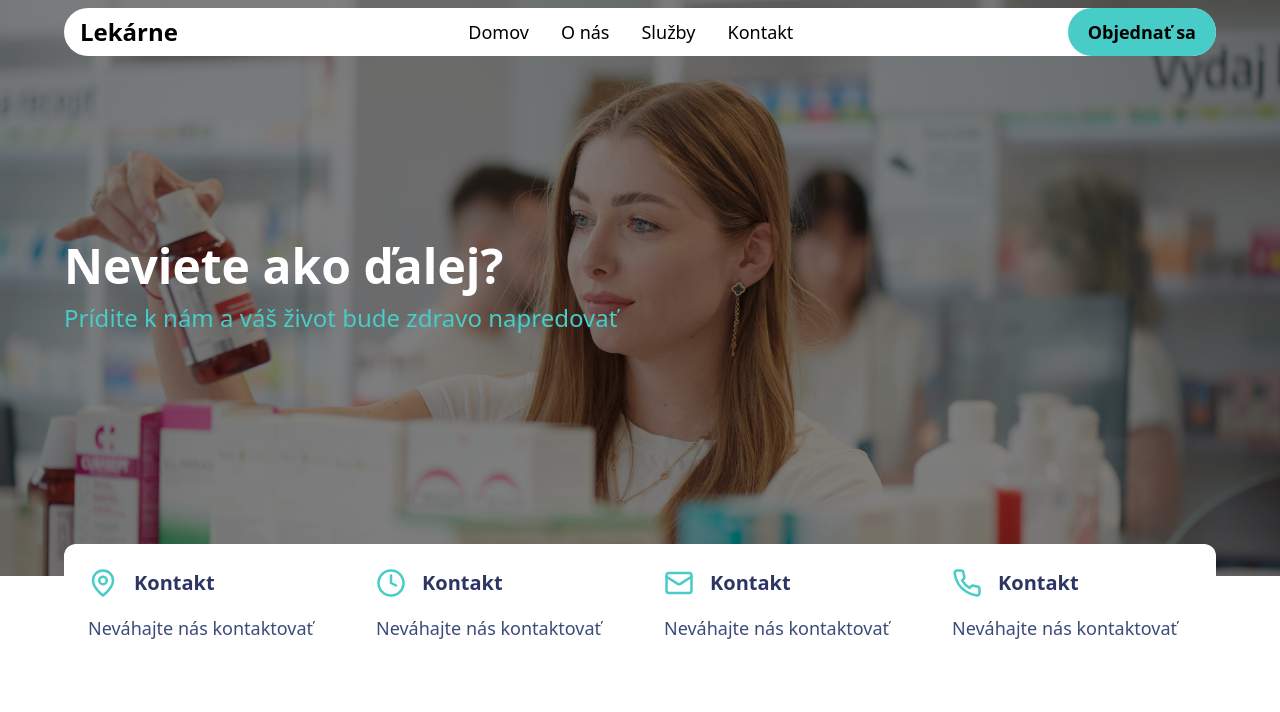
Repository: SimonSkoda13/Lekaren
Page: /
The author's editor kept a copy of each file at every save. The page is drawn from the files as they stood at one save, then again after the next save.
The browser window is 1280 px wide. The pictures show the whole page.
The project was rebuilt for these pictures with package versions that can differ from the ones it lists, and the page was loaded fresh each time. The framework's server and built-in components were replaced by stand-ins that run in the browser. Also part of the build but not shown: next.config.js.

Above is the page before, as saved 2023-04-22 18:04:49.

### src/app/layout.tsx
import { Header } from "./components/Header/Header";
import "./globals.css";
import { Poppins } from "next/font/google";

export const metadata = {
  title: "Create Next App",
  description: "Generated by create next app",
};

export default function RootLayout({
  children,
}: {
  children: React.ReactNode;
}) {
  return (
    <html lang="en">
      <body className="bg-white min-h-[100vh]">
        <Header />
        <main>{children}</main>
        <footer></footer>
      </body>
    </html>
  );
}

### src/app/page.tsx
import Image from "next/image";
import { Inter } from "next/font/google";
import { HomeHero } from "./components/HomeHero/HomeHero";
import { Contact } from "./components/Contact/Contact";
import { Phone, MapPin, Clock4, Mail } from "lucide-react";

const inter = Inter({ subsets: ["latin"] });

// page with

export default function Home() {
  return (
    <>
      <HomeHero
        title={"Neviete ako ďalej?"}
        image={"/homeBanner.jpg"}
        description={"Prídite k nám a váš život bude zdravo napredovať"}
      />
      <Contact
        items={[
          {
            title: "Kontakt",
            description: "Neváhajte nás kontaktovať",
            icon: <MapPin size={30} className="stroke-primary" />,
          },
          {
            title: "Kontakt",
            description: "Neváhajte nás kontaktovať",
            icon: <Clock4 size={30} className="stroke-primary" />,
          },
          {
            title: "Kontakt",
            description: "Neváhajte nás kontaktovať",
            icon: <Mail size={30} className="stroke-primary" />,
          },
          {
            title: "Kontakt",
            description: "Neváhajte nás kontaktovať",
            icon: <Phone size={30} className="stroke-primary" />,
          },
        ]}
      />
    </>
  );
}

### src/app/components/Header/Header.tsx
import Link from "next/link";
import React from "react";

export interface HeaderProps {}

export const Header = (props: HeaderProps) => {
  const {} = props;
  return (
    <header className="cntn fixed w-full top-2 z-10">
      <div className="flex bg-white rounded-full">
        <h1 className="py-2 px-4 text-2xl font-bold">Lekárne</h1>
        <div className="py-2 px-4 flex gap-8 items-center mx-auto text-lg font-medium">
          <Link href="/">Domov</Link>
          <Link href="/onas">O nás</Link>
          <Link href="/sluzby">Služby</Link>
          <Link href="/kontakt">Kontakt</Link>
        </div>
        {/* button order self */}
        <div className="flex justify-center items-center px-5 p-0 bg-primary rounded-full text-lg font-bold">
          <Link href="/order">Objednať sa</Link>
        </div>
      </div>
    </header>
  );
};

### src/app/globals.css
@tailwind base;
@tailwind components;
@tailwind utilities;

@layer components {
  .cntn {
    @apply mx-auto px-4  max-w-screen-xl md:px-16;
  }
}

### src/app/components/HomeHero/HomeHero.tsx
import Image from "next/image";
import React from "react";
import { ImageGradient } from "./ImageGradient/ImageGradient";

export interface HomeHeroProps {
  title: string;
  image: string;
  description: string;
}

export const HomeHero = (props: HomeHeroProps) => {
  const { title, image, description } = props;
  return (
    <section className="relative h-[80vh] z-0 px-0">
      <div className="w-full h-full absolute left-0 top-0 ">
        {/* make filter for image to odd brightness from top biggest to bottom lowest */}
        <ImageGradient>
          <Image
            src={image}
            alt="Next.js logo"
            fill
            style={{
              objectFit: "cover",
              objectPosition: "center",
            }}
          />
        </ImageGradient>
      </div>
      <div className="cntn relative gap-3 h-full flex justify-center flex-wrap flex-col z-10">
        <h1 className="text-5xl font-bold text-white">{title}</h1>
        <p className="text-2xl text-primary">{description}</p>
      </div>
    </section>
  );
};

### src/app/components/Contact/Contact.tsx
import { Phone } from "lucide-react";
import Image from "next/image";
import React, { ReactNode } from "react";

export interface ContactProps {
  items?: {
    title: string;
    description: string;
    icon: ReactNode;
  }[];
}

export const Contact = (props: ContactProps) => {
  const { items } = props;
  return (
    <section className="cntn z-10 relative top-[-2rem]">
      <div className="w-full grid grid-cols-2 md:grid-cols-4 items-start bg-white rounded-xl">
        {items?.map((item) => (
          <div className="flex flex-col items-start gap-4 p-6">
            {/* <Image
            src={item.icon}
            alt={"contactIcon" + item.title}
            width={100}
            height={100}
          /> */}
            <div className="flex w-full flex-row gap-4 items-center">
              {item.icon}
              <h2 className="text-xl font-bold text-secondary">{item.title}</h2>
            </div>
            <p className="text-lg font-medium text-secondary-light">
              {item.description}
            </p>
          </div>
        ))}
      </div>
    </section>
  );
};

### src/app/components/HomeHero/ImageGradient/ImageGradient.tsx
import React from "react";

export interface ImageGradientProps {
  children: React.ReactNode;
}

export const ImageGradient = (props: ImageGradientProps) => {
  const { children } = props;
  return (
    <div className="relative w-full h-full brightness-50 overflow-hidden z-10">
      <div className="absolute inset-0 z-10"></div>
      {children}
    </div>
  );
};

### tailwind.config.js
/** @type {import('tailwindcss').Config} */
module.exports = {
  content: [
    "./src/pages/**/*.{js,ts,jsx,tsx,mdx}",
    "./src/components/**/*.{js,ts,jsx,tsx,mdx}",
    "./src/app/**/*.{js,ts,jsx,tsx,mdx}",
  ],
  theme: {
    extend: {
      colors: {
        primary: "#47CCC8",
        secondary: "#2D3663",
        "secondary-light": "#3D4A7C",
      },
    },
  },
  plugins: [],
};

Loaded but not shown: src/app/api/hello/route.ts (common file)

After the next save:
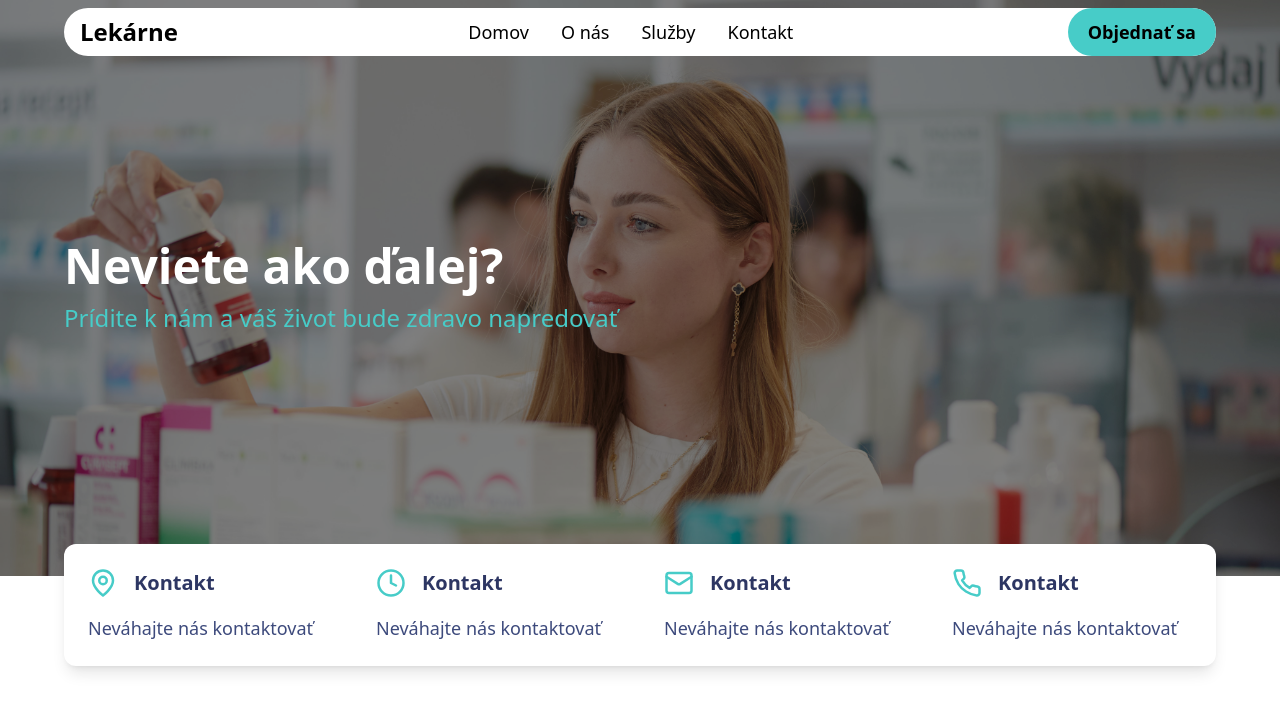
Saved 42 s later.
--- a/src/app/components/Contact/Contact.tsx
+++ b/src/app/components/Contact/Contact.tsx
@@ -14,7 +14,7 @@ export const Contact = (props: ContactProps) => {
   const { items } = props;
   return (
     <section className="cntn z-10 relative top-[-2rem]">
-      <div className="w-full grid grid-cols-2 md:grid-cols-4 items-start bg-white rounded-xl">
+      <div className="w-full grid grid-cols-2 md:grid-cols-4 items-start bg-white rounded-xl shadow-lg">
         {items?.map((item) => (
           <div className="flex flex-col items-start gap-4 p-6">
             {/* <Image
